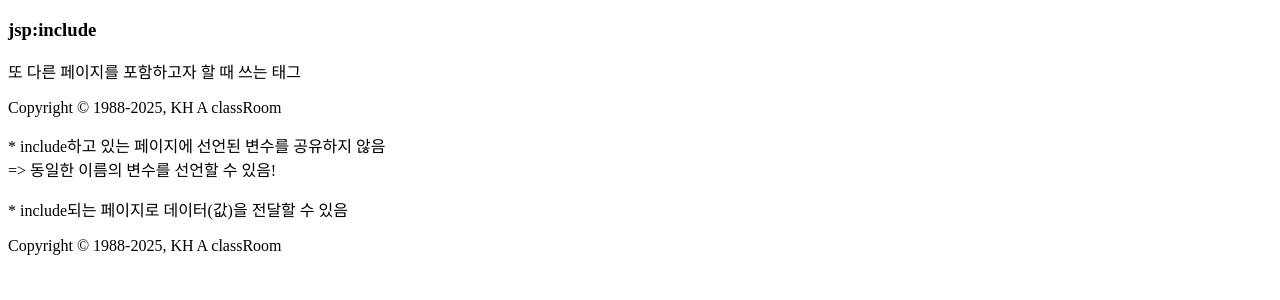
Repository: kkh1396/kh_front
Page: http://localhost/2_jsp/views/3_StandardAction/1_include.jsp
An editor plug-in stored every save of this project. The page is shown before and after the next save, followed by the edit.
The browser window is 1280 px wide. The pictures show the whole page.
The page is served by Tomcat 9. Nobody is signed in. The application's start-up code is not run. Other server files are loaded and not shown.

Above is the page before, as saved 2025-03-21 01:59:07.

### 05_server/2_jsp/src/main/webapp/views/3_StandardAction/1_include.jsp
<%@ page language="java" contentType="text/html; charset=UTF-8"
    pageEncoding="UTF-8"%>
<!DOCTYPE html>
<html>
<head>
<meta charset="UTF-8">
<title>Standard Action Tag - include </title>
</head>
<body>

   <h3>jsp:include</h3>
	<p>
	     또 다른 페이지를 포함하고자 할 때 쓰는 태그
	</p>

	<%--
	<%@ include file="foter.jsp" %>
	<br>
	year 변수로 접근(사용): <%= year %>
	<br>
	포함된 페이지의 변수로 접근 가능!
	<% String year = "2020"; %>
	단 , 같은 이름의 변수 선언 불가
	--%>

	<%-- jsp:include page="foter.jsp"></jsp:include> --%>
	<jsp:include page="foter.jsp" />
	<%-- year 변수 : <%= year %> --%>
	<p>
	      * include하고 있는 페이지에 선언된 변수를 공유하지 않음 <br>
	      => 동일한 이름의 변수를 선언할 수 있음!
	</p>
	<% String year = "2020"; %>
	<p>
	       * include되는 페이지로 데이터(값)을 전달할 수 있음
	</p>

	<jsp:include page="foter.jsp">
		<jsp:param name="" value=""/>
	</jsp:include>



</body>
</html>

### 05_server/2_jsp/src/main/webapp/views/3_StandardAction/foter.jsp
<%@ page language="java" contentType="text/html; charset=UTF-8"
    pageEncoding="UTF-8" %>
   <%@ page import="java.util.Date" %>
   <%@ page import="java.text.SimpleDateFormat" %>
<!DOCTYPE html>
<html>
<head>
<meta charset="UTF-8">
<title>Insert title here</title>
</head>
<body>

	  <%
	   String year = new SimpleDateFormat("yyyy").format(new Date());
	  %>
	  Copyright &copy; 1988-<%= year %>, KH A classRoom

</body>
</html>

After the next save:
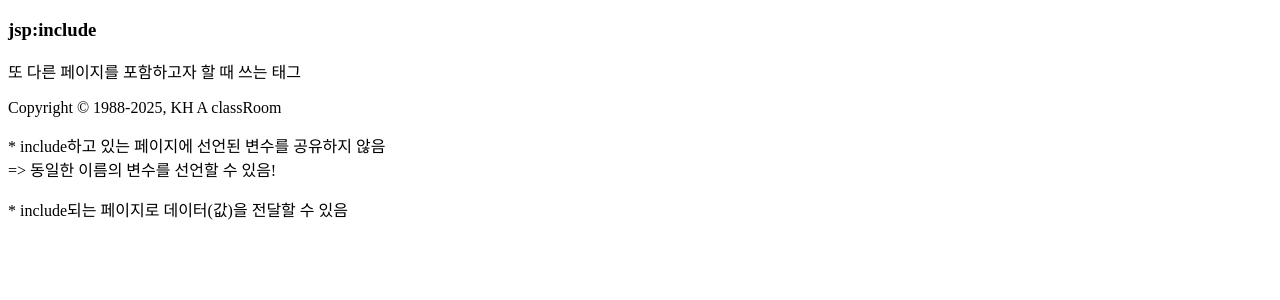
Saved 23 s later.
--- a/05_server/2_jsp/src/main/webapp/views/3_StandardAction/1_include.jsp
+++ b/05_server/2_jsp/src/main/webapp/views/3_StandardAction/1_include.jsp
@@ -35,9 +35,6 @@
 	       * include되는 페이지로 데이터(값)을 전달할 수 있음
 	</p>
 
-	<jsp:include page="foter.jsp">
-		<jsp:param name="" value=""/>
-	</jsp:include>
 
 
 
